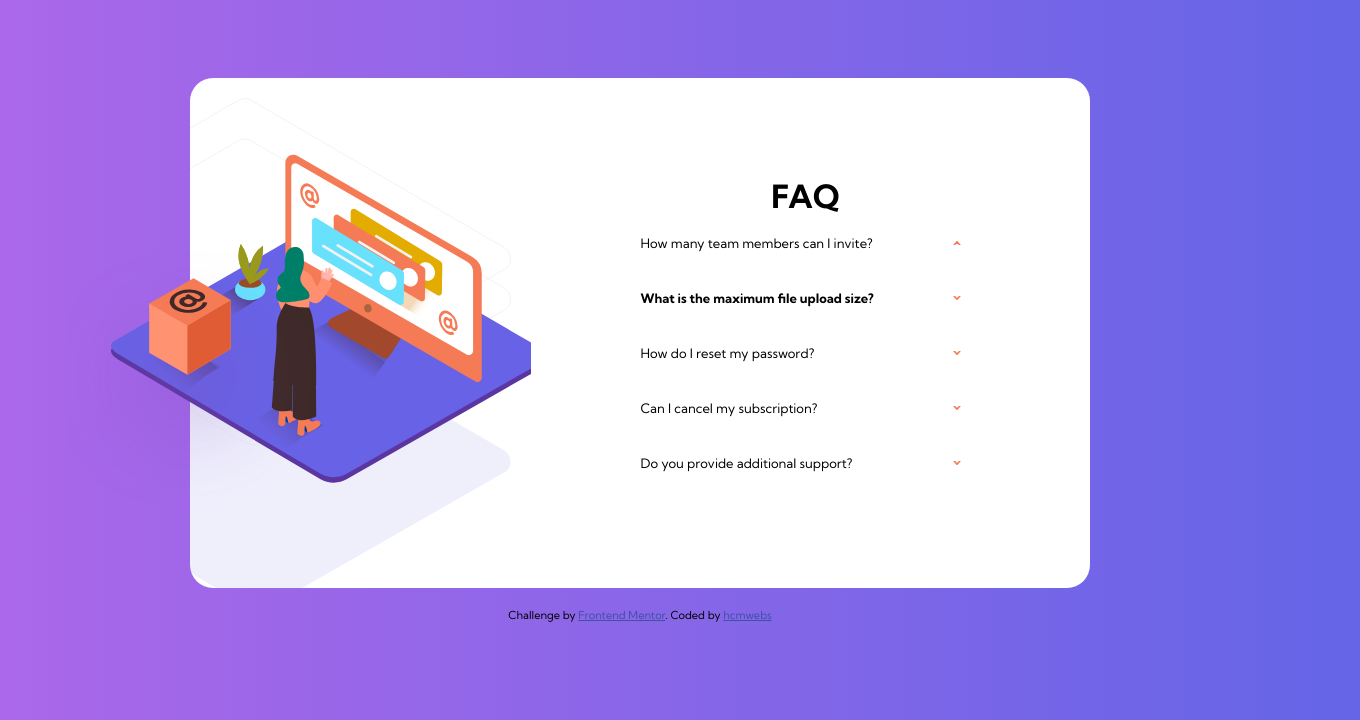
Repository: Hcmwebs/faq-accordion-card
Page: index.html
An editor plug-in stored every save of this project. The page is shown before and after the next save, followed by the edit.
The browser window is 1280 px wide. The page is 1360 px wide, so the pictures cover 1360 px, including what lies to the right of the window. The pictures show the whole page.
After loading, the first visible `button` was clicked once.
The style sheet was rebuilt from its Sass, Less or Tailwind sources for each picture, by a compiler version that may differ from the author's.

Above is the page before, as saved 2020-11-09 19:39:11.

After the next save:
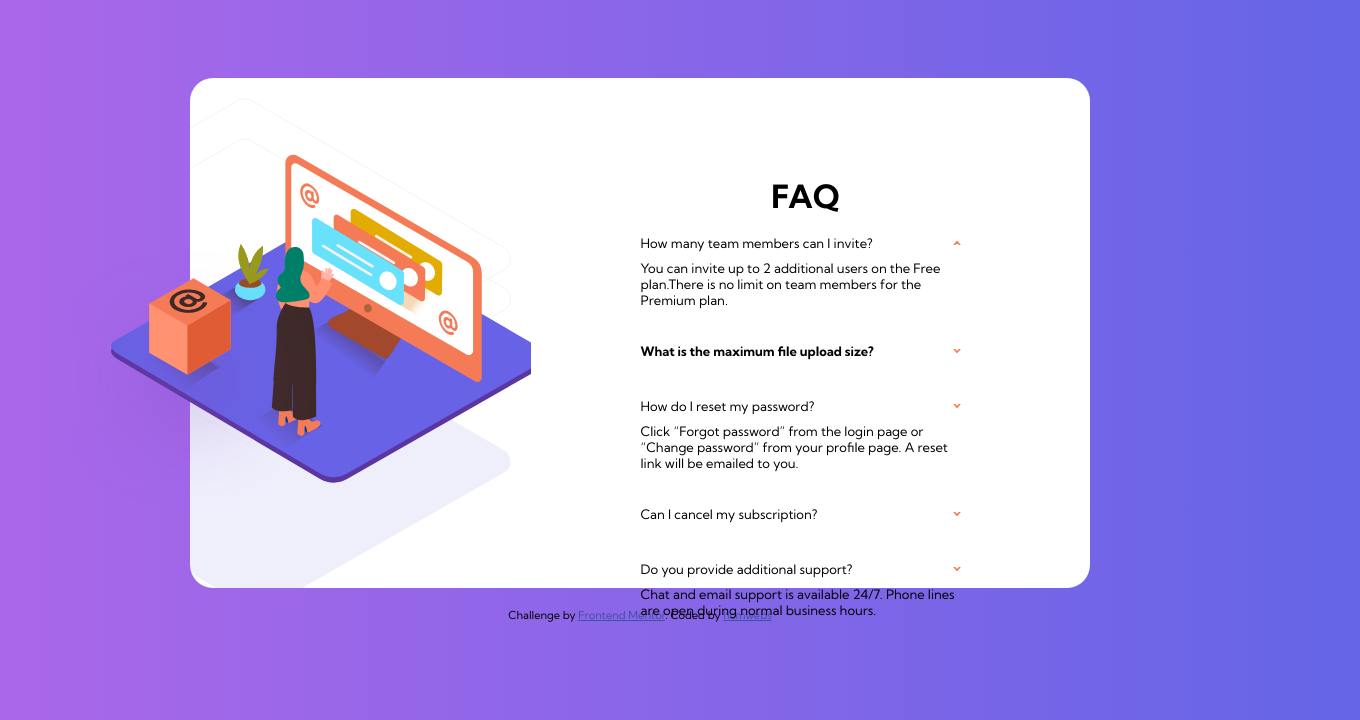
Saved 83 s later.
--- a/scss/main.scss
+++ b/scss/main.scss
@@ -155,7 +155,16 @@
 
         p{
           display: none;
-        }
+
+          &.open {
+            display: block;
+            font-size: 13px;
+            padding: 0 10px;
+          }
+
+
+        }
+
 
         &--divider{
           width: 100%;
@@ -185,11 +194,7 @@
 
 
 
-.open{
-display: block;
-font-size: 13px;
-padding: 0 10px;
-}
+
 
 .rotate{
   transform: rotate(180deg);

After the 2 saves that followed:
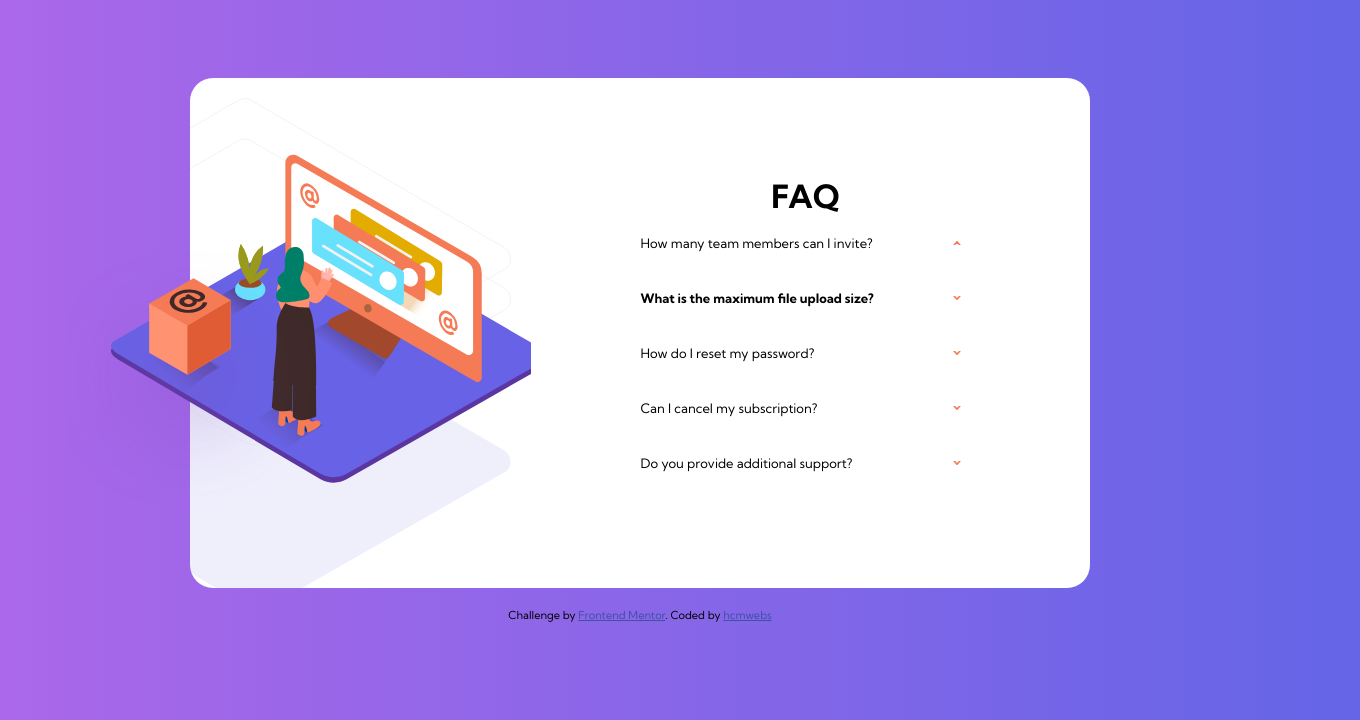
The 2 saves are shown as one change because 1 left the picture as it was.
The last was saved 2 min 51 s later.
--- a/index.html
+++ b/index.html
@@ -64,7 +64,7 @@
                 <img src="/images/icon-arrow-down.svg" alt="icon-arrow-down" />
               </button>
             </div>
-            <p class="d-N">
+            <p>
               Click “Forgot password” from the login page or “Change password”
               from your profile page. A reset link will be emailed to you.
             </p>
@@ -78,7 +78,7 @@
                 <img src="/images/icon-arrow-down.svg" alt="icon-arrow-down" />
               </button>
             </div>
-            <p class="d-N">
+            <p>
               Yes! Send us a message and we’ll process your request no questions
               asked.
             </p>
@@ -92,7 +92,7 @@
                 <img src="/images/icon-arrow-down.svg" alt="icon-arrow-down" />
               </button>
             </div>
-            <p class="d-N">
+            <p>
               Chat and email support is available 24/7. Phone lines are open
               during normal business hours.
             </p>
--- a/scss/main.scss
+++ b/scss/main.scss
@@ -156,7 +156,7 @@
         p{
           display: none;
 
-          &.open {
+          .open {
             display: block;
             font-size: 13px;
             padding: 0 10px;
